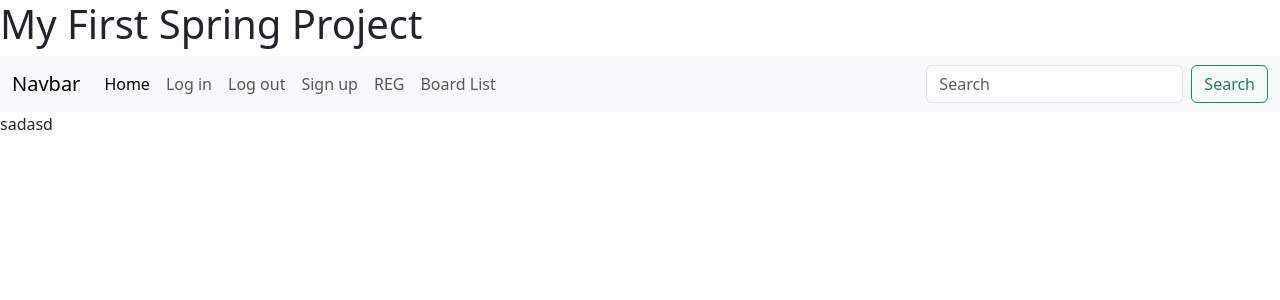
Repository: dfhdfhdfsza/springtest
Page: http://localhost/spring-Test/WEB-INF/views/board/list.jsp
An editor plug-in stored every save of this project. The page is shown before and after the next save, followed by the edit.
The browser window is 1280 px wide. The pictures show the whole page.
The page is served by Tomcat 9. Nobody is signed in. Other server files are loaded and not shown. The template is opened directly, without the code that normally fills it, so the values that code supplies are empty.

Above is the page before, as saved 2023-10-05 08:47:34.

### spring-Test/src/main/webapp/WEB-INF/views/board/list.jsp
<%@ page language="java" contentType="text/html; charset=UTF-8"
    pageEncoding="UTF-8"%>
    <%@ taglib prefix="c" uri="http://java.sun.com/jsp/jstl/core" %>
<!DOCTYPE html>
<html>
<head>
<meta charset="UTF-8">
<title>Insert title here</title>
</head>
<body>
	<jsp:include page="../layout/header.jsp"></jsp:include>

	<jsp:include page="../layout/footer.jsp"></jsp:include>
</body>
</html>

### spring-Test/src/main/webapp/WEB-INF/views/layout/header.jsp
<%@ page language="java" contentType="text/html; charset=UTF-8"
    pageEncoding="UTF-8"%>
    <%@ taglib prefix="c" uri="http://java.sun.com/jsp/jstl/core" %>
<!DOCTYPE html>
<html>
<head>
<meta charset="UTF-8">
<title>Insert title here</title>
<link href="https://cdn.jsdelivr.net/npm/bootstrap@5.3.1/dist/css/bootstrap.min.css" rel="stylesheet" integrity="sha384-4bw+/aepP/YC94hEpVNVgiZdgIC5+VKNBQNGCHeKRQN+PtmoHDEXuppvnDJzQIu9" crossorigin="anonymous">
<script src="https://cdn.jsdelivr.net/npm/bootstrap@5.3.1/dist/js/bootstrap.bundle.min.js" integrity="sha384-HwwvtgBNo3bZJJLYd8oVXjrBZt8cqVSpeBNS5n7C8IVInixGAoxmnlMuBnhbgrkm" crossorigin="anonymous"></script>
</head>
<body>
	<h1>My First Spring Project</h1>
	<nav class="navbar navbar-expand-lg bg-body-tertiary">
  <div class="container-fluid">
    <a class="navbar-brand" href="#">Navbar</a>
    <button class="navbar-toggler" type="button" data-bs-toggle="collapse" data-bs-target="#navbarSupportedContent" aria-controls="navbarSupportedContent" aria-expanded="false" aria-label="Toggle navigation">
      <span class="navbar-toggler-icon"></span>
    </button>
    <div class="collapse navbar-collapse" id="navbarSupportedContent">
      <ul class="navbar-nav me-auto mb-2 mb-lg-0">
        <li class="nav-item">
          <a class="nav-link active" aria-current="page" href="#">Home</a>
        </li>

        <li class="nav-item">
          <a class="nav-link" >Log in</a>
        </li>
        <li class="nav-item">
          <a class="nav-link" >Log out</a>
        </li>
        <li class="nav-item">
          <a class="nav-link" >Sign up</a>
        </li>
        <li class="nav-item">
          <a class="nav-link"  href="/board/register">REG</a>
        </li>
        <li class="nav-item">
          <a class="nav-link">Board List</a>
        </li>
      </ul>
      <form class="d-flex" role="search">
        <input class="form-control me-2" type="search" placeholder="Search" aria-label="Search">
        <button class="btn btn-outline-success" type="submit">Search</button>
      </form>
    </div>
  </div>
</nav>

### spring-Test/src/main/webapp/WEB-INF/views/layout/footer.jsp
<%@ page language="java" contentType="text/html; charset=UTF-8"
    pageEncoding="UTF-8"%>


	<div>
		sadasd
	</div>
</body>
</html>

After the next save:
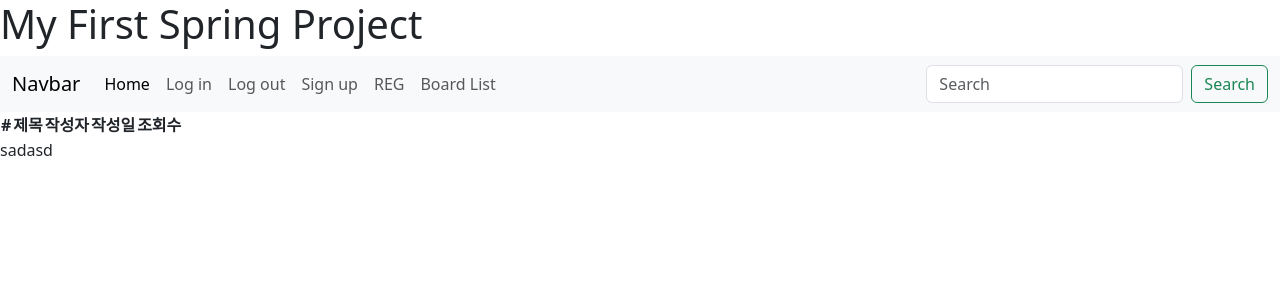
Saved 100 s later.
--- a/spring-Test/src/main/webapp/WEB-INF/views/board/list.jsp
+++ b/spring-Test/src/main/webapp/WEB-INF/views/board/list.jsp
@@ -9,6 +9,18 @@
 </head>
 <body>
 	<jsp:include page="../layout/header.jsp"></jsp:include>
+	<table>
+		<thead>
+			<th>#</th>
+			<th>제목</th>
+			<th>작성자</th>
+			<th>작성일</th>
+			<th>조회수</th>
+		</thead>
+		<tbody>
+
+		</tbody>
+	</table>
 
 	<jsp:include page="../layout/footer.jsp"></jsp:include>
 </body>
